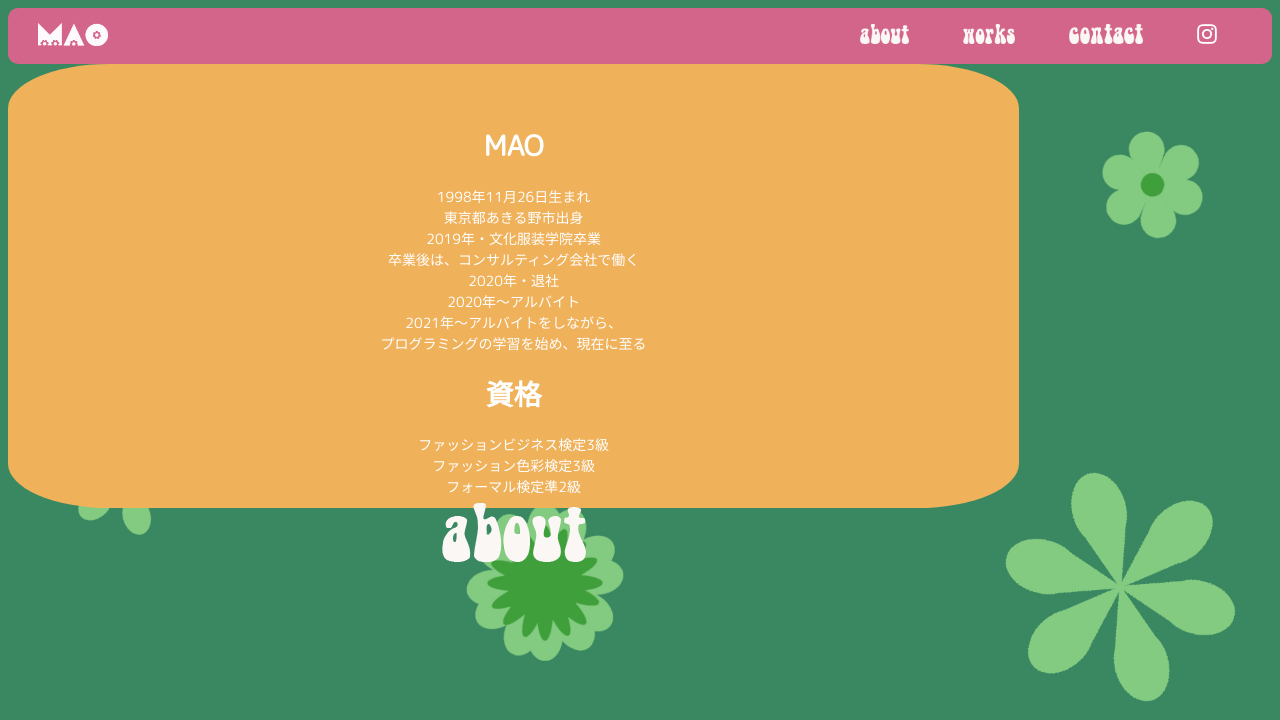
Repository: HarashimaMao/portfolio
Page: about.html
The author's editor kept a record of every edit. The page is drawn from the files as they stood at one moment, then again after the next edit.
The browser window is 1280 px wide. The pictures show the whole page.

Above is the page before.

After the next edit:
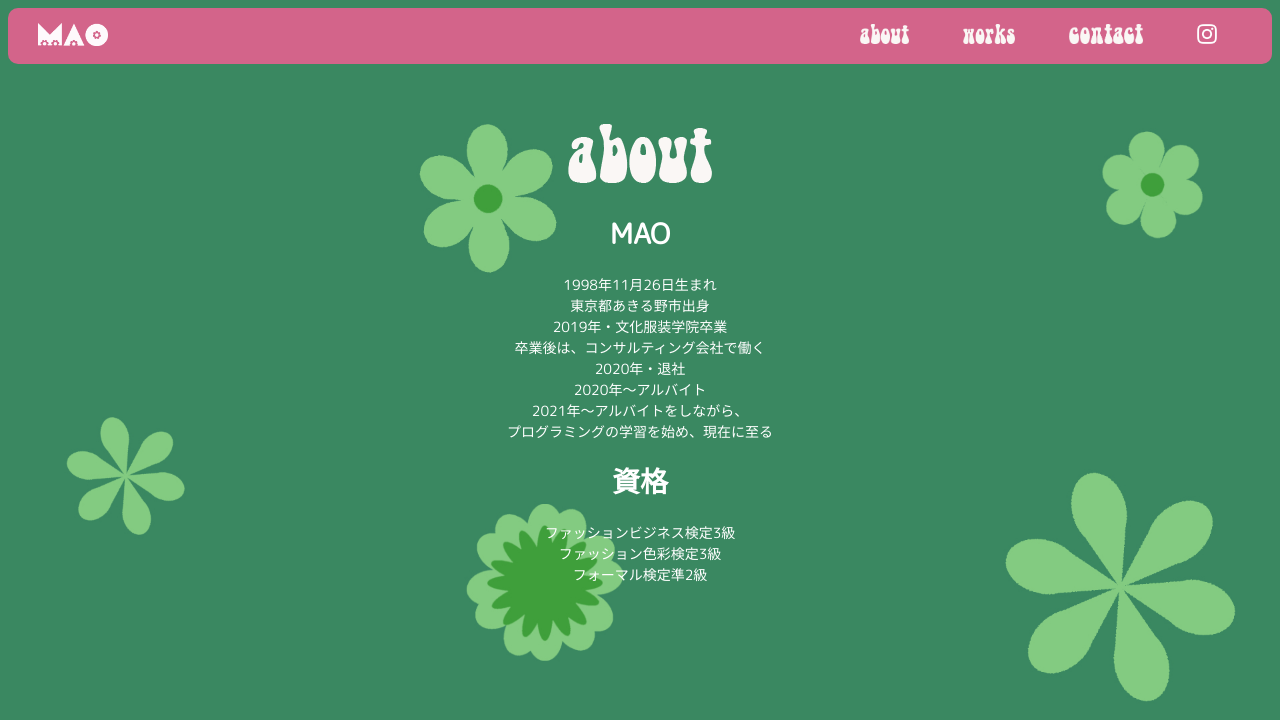
The edit:
--- a/about.html
+++ b/about.html
@@ -82,7 +82,7 @@
                 </ul>
             </div>
         </div>
-        <div class="square">
+
         <div class="main">
             <img src="images/about.png" alt="about">
             <div class="container">
